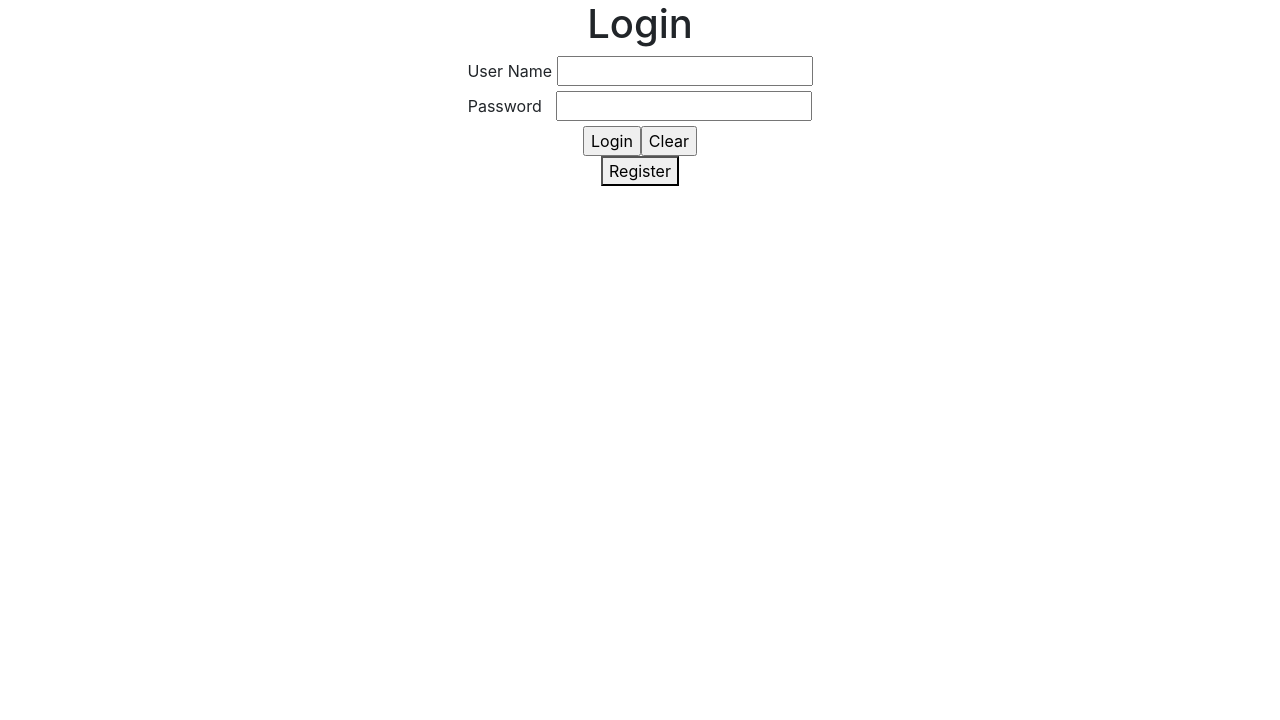
Repository: ramakrishnan1997/ram_javatraining
Page: http://localhost/AdminPortal/Login.jsp
The author's editor kept a copy of each file at every save. The page is drawn from the files as they stood at one save, then again after the next save.
The browser window is 1280 px wide. The pictures show the whole page.
The page is served by Tomcat 9.

Above is the page before, as saved 2022-07-01 09:18:21.

After the next save:
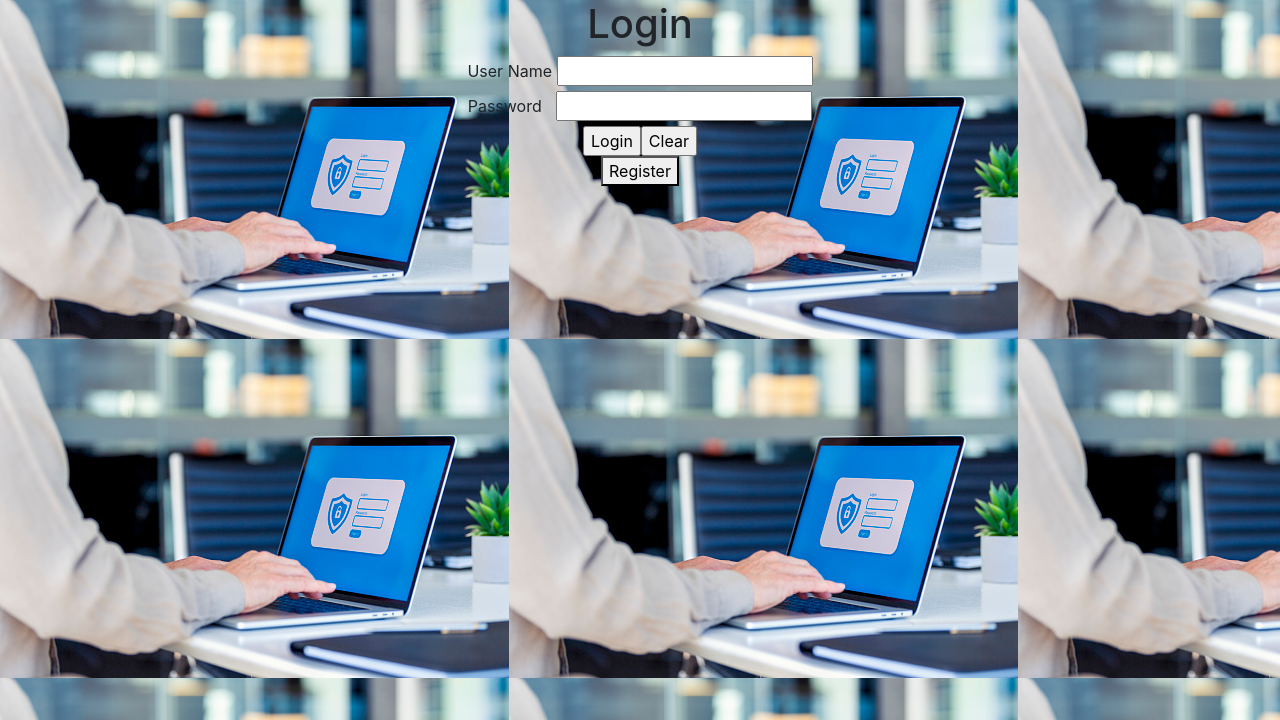
Saved 13 s later.
--- a/AdminPortal/src/main/webapp/Login.jsp
+++ b/AdminPortal/src/main/webapp/Login.jsp
@@ -14,7 +14,7 @@
 	background-image: url("image/login.jpg");
 	}</style>
 </head>
-<body>
+<body class="image">
 <h1 style="text-align: center">Login</h1>
 <div class="container-fluid">
 <div class="row">
